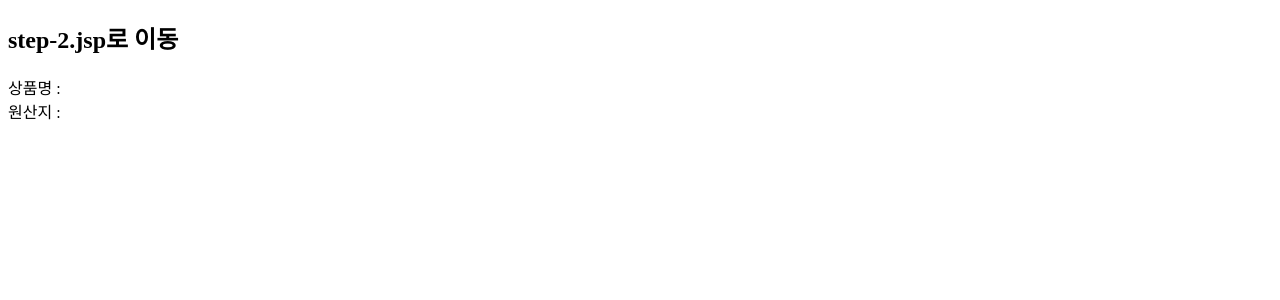
Repository: saeeeem2/2023JSTL
Page: http://localhost/jstl_study/step-2.jsp
These files come from the project's save history. The page is drawn as it stood at one moment and after the next save; the edit follows.
The browser window is 1280 px wide. The pictures show the whole page.
The page is served by Tomcat 9.

Above is the page before, as saved 2023-11-22 04:50:14.

After the next save:
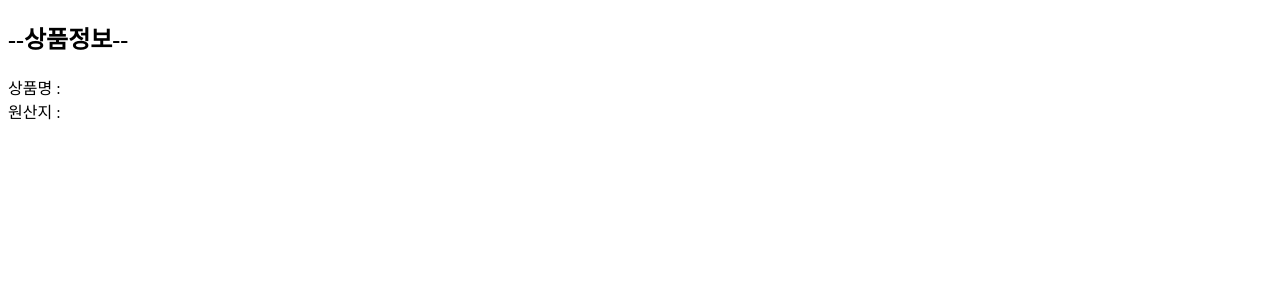
Saved 95 s later.
--- a/jstl_study/src/main/webapp/step-2.jsp
+++ b/jstl_study/src/main/webapp/step-2.jsp
@@ -7,7 +7,7 @@
 <title>Insert title here</title>
 </head>
 <body>
-	<h2>step-2.jsp로 이동</h2>
+<h2>--상품정보--</h2>
 상품명 : ${param.name }<br>
 원산지 : ${param.address }
 </body>
